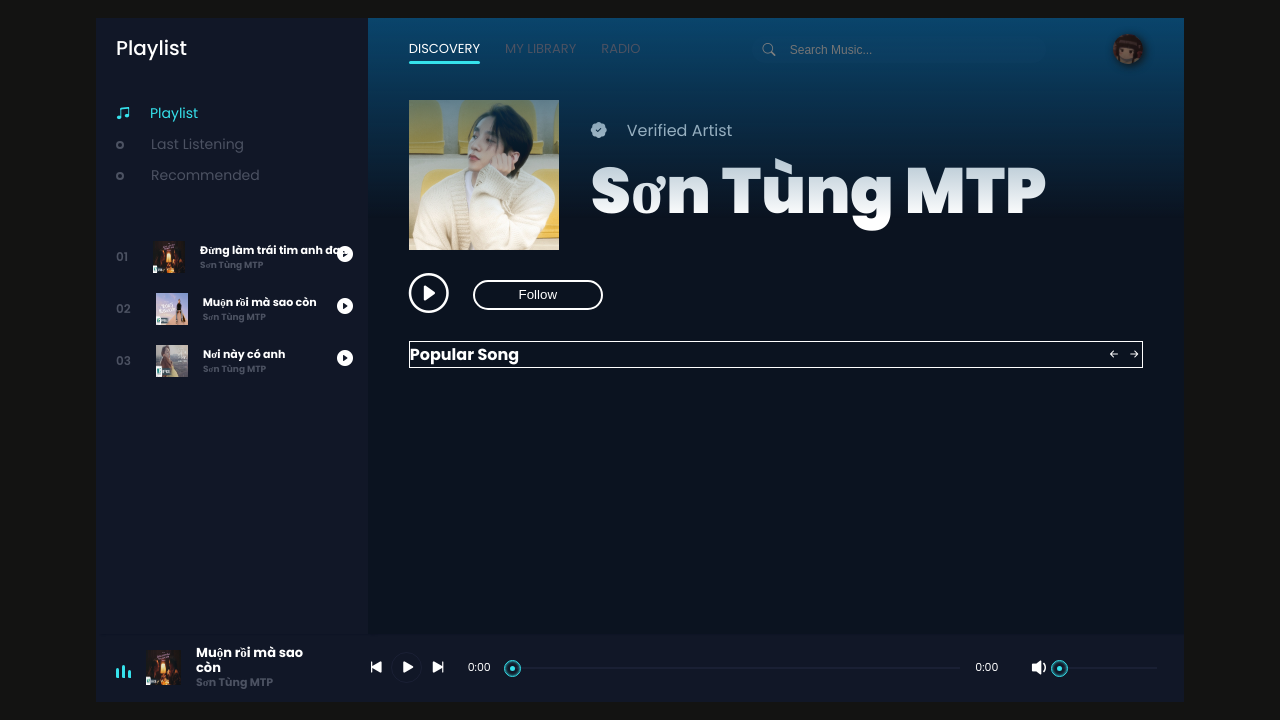
Repository: reminzuetto/Music-Website
Page: index.html
The author's editor kept a copy of each file at every save. The page is drawn from the files as they stood at one save, then again after the next save.
The browser window is 1280 px wide. The pictures show the whole page.

Above is the page before, as saved 2024-06-11 04:02:20.

After the next save:
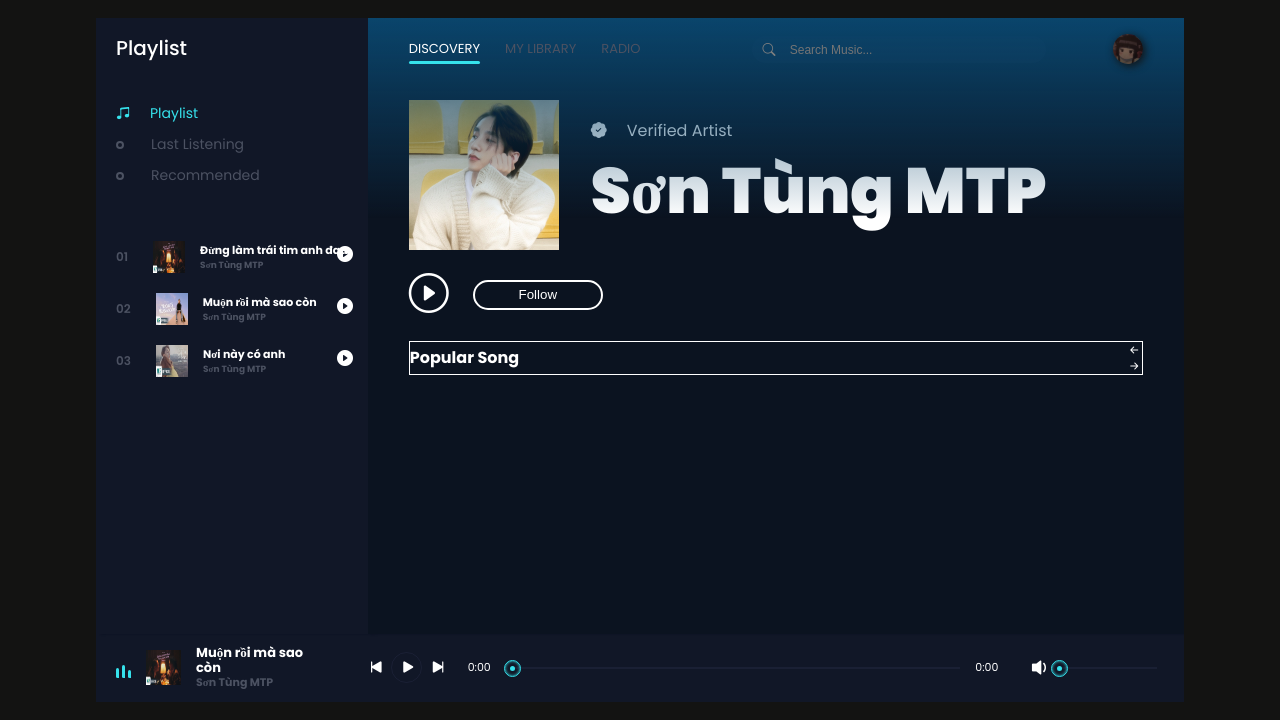
Saved 19 s later.
--- a/style.css
+++ b/style.css
@@ -581,3 +581,9 @@
   align-items: center;
   justify-content: space-between;
 }
+
+header .song_side .popular_song .h4 .bi {
+  display: flex;
+  align-items: center;
+  justify-content: space-between;
+}

After the save that followed:
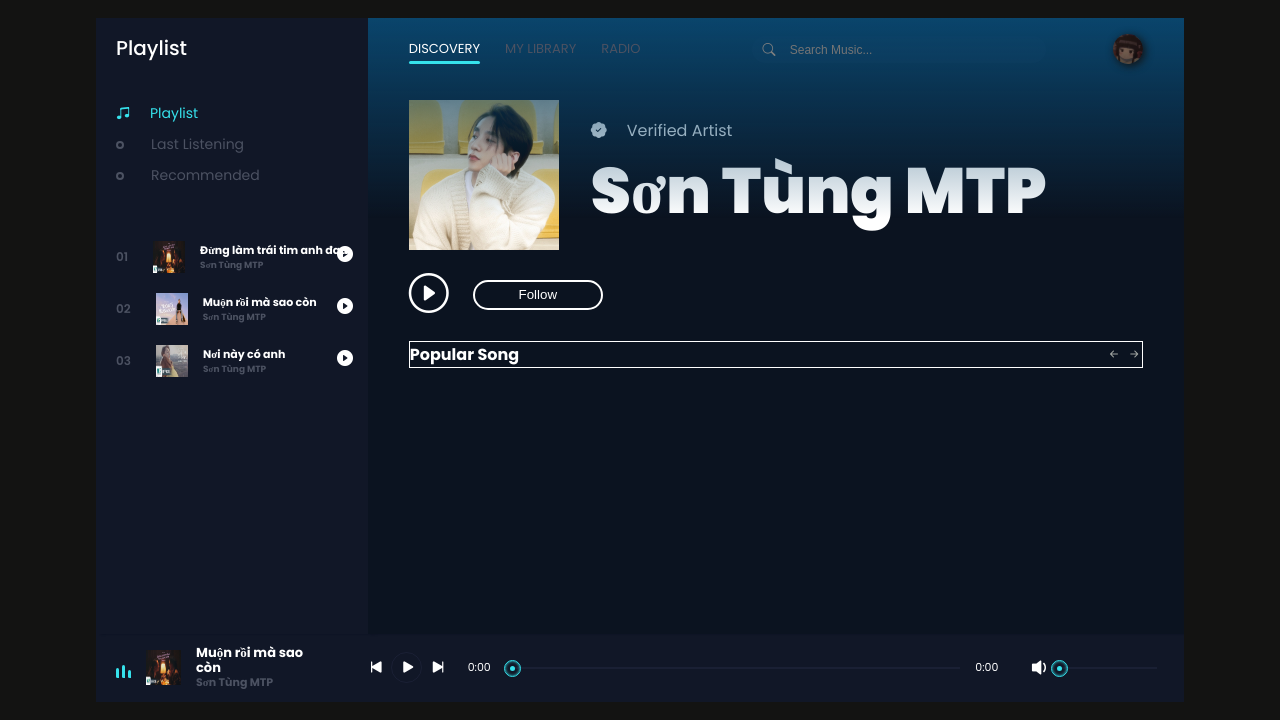
Saved 20 s later.
--- a/style.css
+++ b/style.css
@@ -583,7 +583,5 @@
 }
 
 header .song_side .popular_song .h4 .bi {
-  display: flex;
-  align-items: center;
-  justify-content: space-between;
-}
+  color: #a4a8a4;
+}
